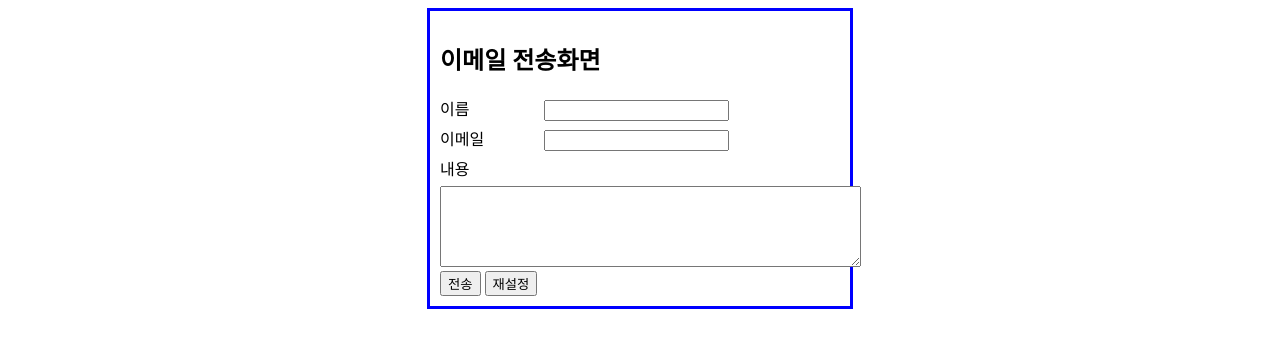
Repository: yul3220/WebProgrammingLecture
Page: webpro/WebContent/2021-01-07/연습문제1.html
An editor plug-in stored every save of this project. The page is shown before and after the next save, followed by the edit.
The browser window is 1280 px wide. The pictures show the whole page.

Above is the page before, as saved 2021-01-07 11:06:22.

### webpro/WebContent/2021-01-07/연습문제1.html
<!DOCTYPE html>
<html>
<head>
<meta charset="UTF-8">
<title>연습문제1</title>
<style>
label{
	display : inline-block;
	width : 100px;
	height : 30px;
}
form{
	border : 3px solid blue;
	padding : 10px;
	width : 400px;
	margin : auto;
}
h
</style>
</head>
<body>
 <form>
 <h2>이메일 전송화면</h2>
 	<label>이름</label>
 	<input type="text" name="name"><br>
 	<label>이메일</label>
 	<input type="email" name="email"><br>
 	<label>내용</label><br>
 	<textarea name="content" rows="5" cols="50"></textarea><br>
 	<input type ="submit" value = "전송">
 	<input type="reset" value="재설정">
 </form>
</body>
</html>

After the next save:
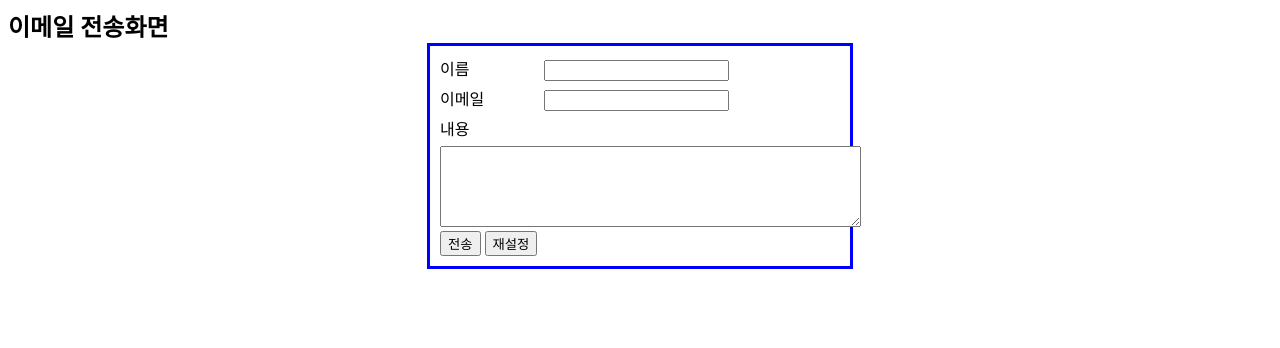
Saved 22 s later.
--- a/webpro/WebContent/2021-01-07/연습문제1.html
+++ b/webpro/WebContent/2021-01-07/연습문제1.html
@@ -15,12 +15,14 @@ form{
 	width : 400px;
 	margin : auto;
 }
-h
+h2{
+	margin : auto;
+}
 </style>
 </head>
 <body>
+ <h2>이메일 전송화면</h2>
  <form>
- <h2>이메일 전송화면</h2>
  	<label>이름</label>
  	<input type="text" name="name"><br>
  	<label>이메일</label>
